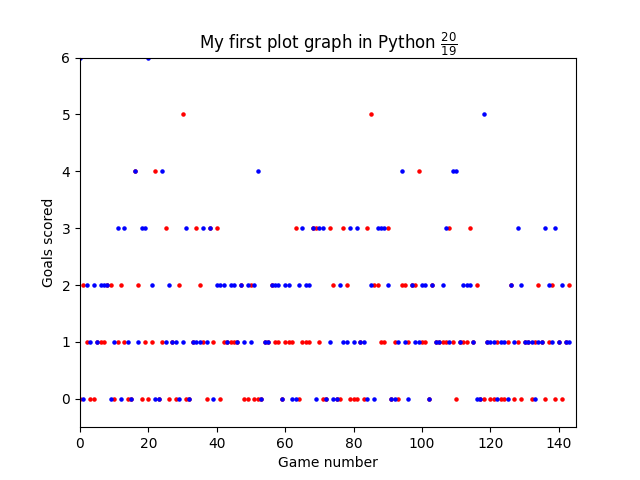
Repository: nelsonalexandrino/python_matplotlib_datavisualization_
Script's output: python LineAndScatterSplots.py
These files come from the project's save history. The script's output is drawn as it stood at one moment and after the next save; the edit follows.
Random numbers start from a fixed seed.

Above is the script's output before, as saved 2019-08-25 11:49:18.

After the next save:
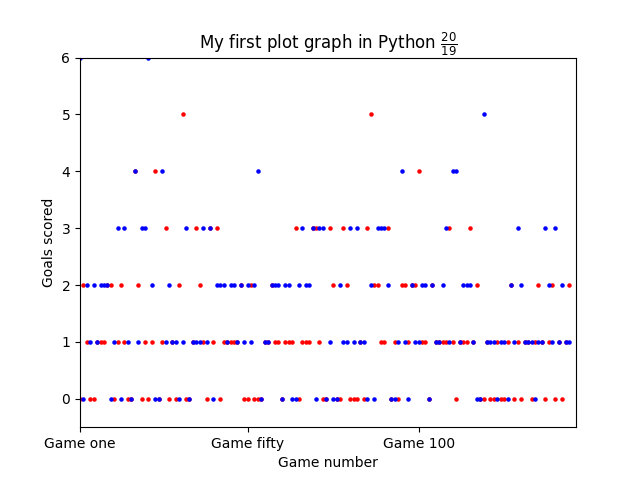
Saved 16 min 55 s later.
--- a/LineAndScatterSplots.py
+++ b/LineAndScatterSplots.py
@@ -7,6 +7,7 @@ with open('Goals.txt', 'r') as file:
         '\n').strip(' ').split(' ')]
 
 xAxis = []
+ticks = ['Game one', 'Game fifty', 'Game 100']
 for i in range(len(HomeTeamGoals)):
     xAxis.append(i)
 
@@ -18,4 +19,5 @@ pyplot.xlim(0, 145)
 pyplot.ylim(-0.5, 6)
 pyplot.xlabel('Game number')
 pyplot.ylabel('Goals scored')
+pyplot.xticks([0, 49, 99], ticks)
 pyplot.show()
